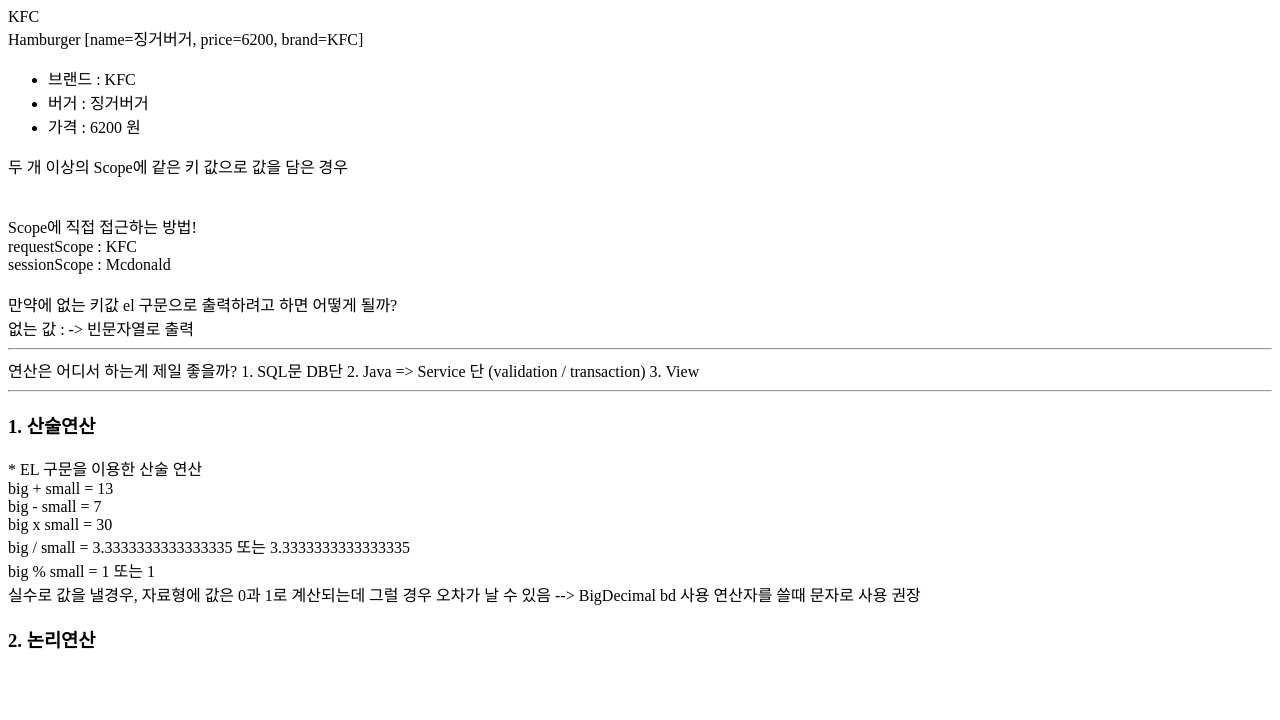
Repository: parkjin-sol/web-workplace
Page: http://localhost/McdonaldProject/sc
The author's editor kept a copy of each file at every save. The page is drawn from the files as they stood at one save, then again after the next save.
The browser window is 1280 px wide. The pictures show the whole page.
The page is served by Tomcat 9.

Above is the page before, as saved 2025-03-11 02:01:25.

After the next save:
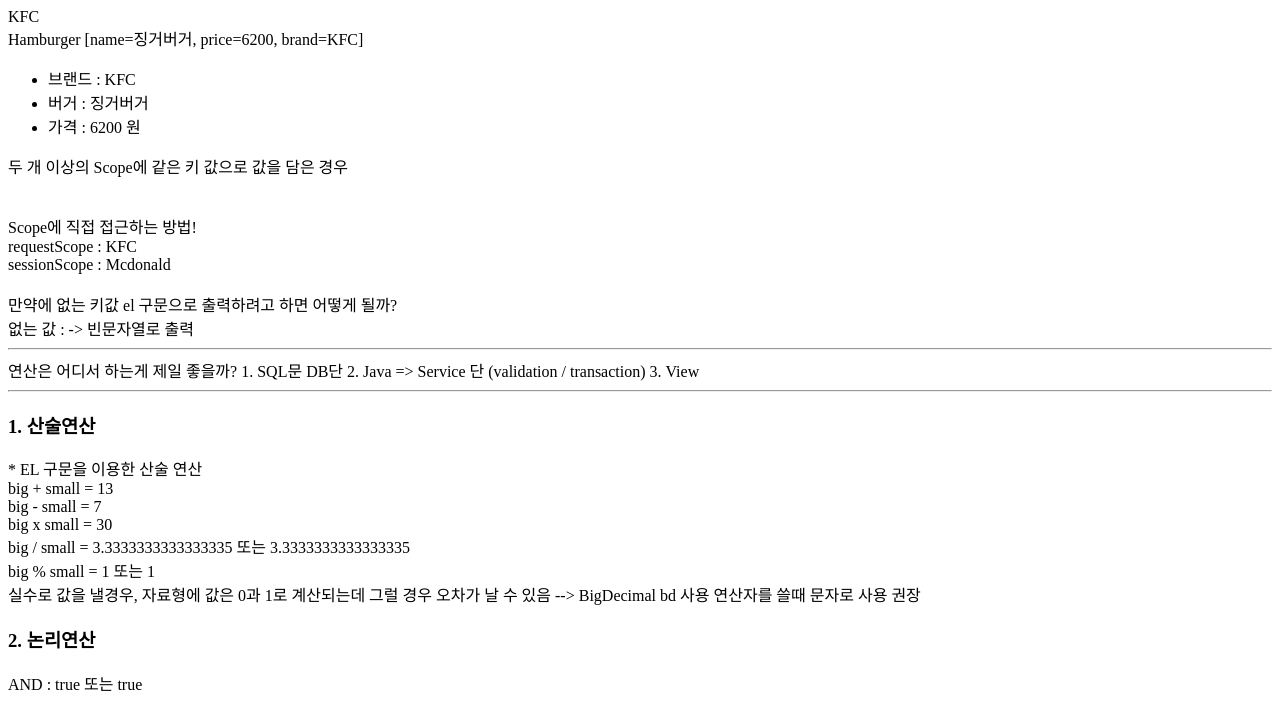
Saved 26 s later.
--- a/McdonaldProject/src/main/webapp/WEB-INF/views/print.jsp
+++ b/McdonaldProject/src/main/webapp/WEB-INF/views/print.jsp
@@ -63,6 +63,7 @@
 
 	 <h3>2. 논리연산</h3>
 	 <p>
+	 	AND : ${ true && true } 또는 ${ true and true }
 
 
 
